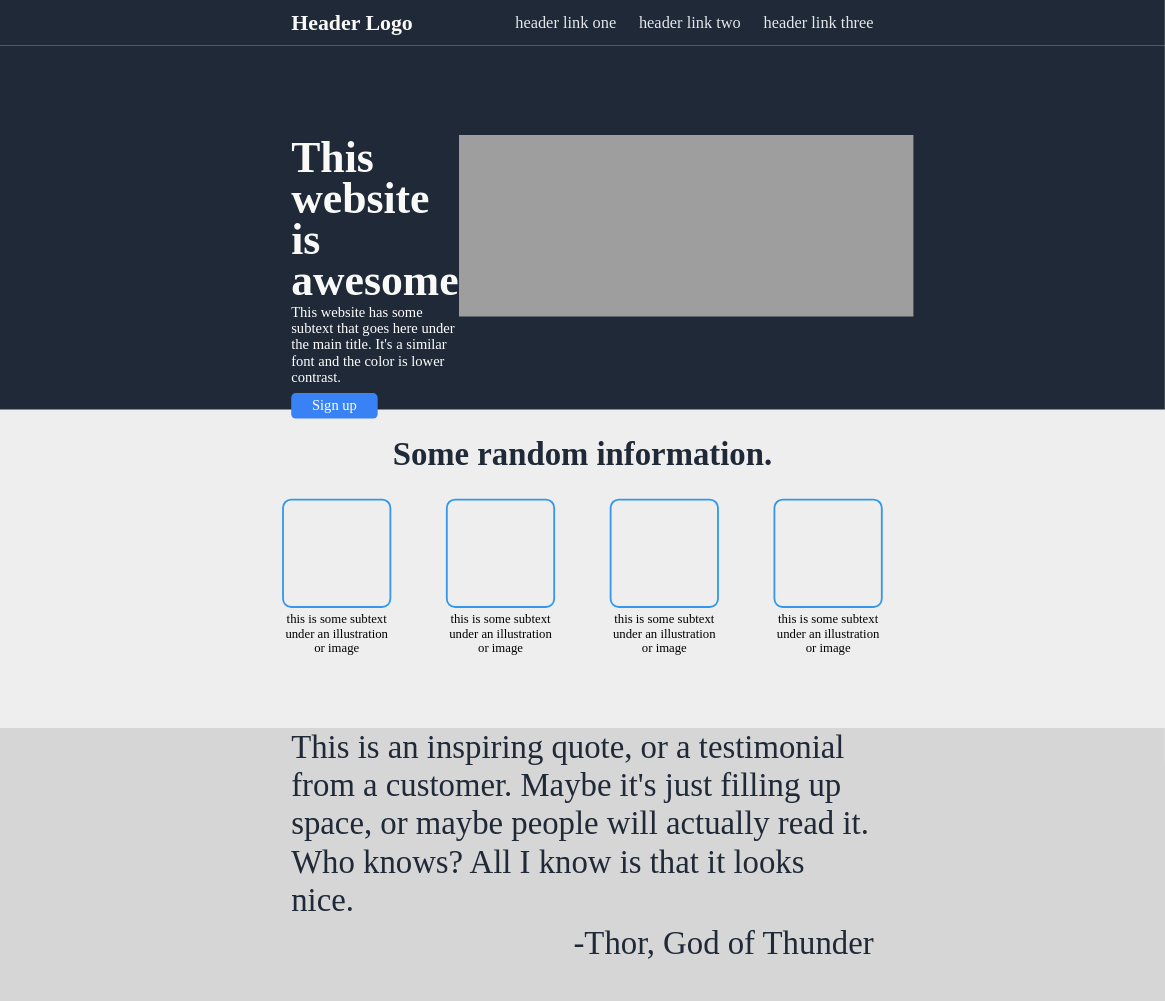
Repository: Pafestivo/Dummy-Landing-Page
Page: index.html
The author's editor kept a copy of each file at every save. The page is drawn from the files as they stood at one save, then again after the next save.
The browser window is 1280 px wide. The pictures show the whole page, at 91% of full size.
Pictures or frames that could not be fetched are drawn as grey boxes.

Above is the page before, as saved 2022-09-26 19:18:55.

### index.html
<!DOCTYPE html>
<html lang="en">
<head>
    <meta charset="UTF-8">
    <meta name="viewport" content="width=device-width, initial-scale=1.0">
    <link rel="stylesheet" href="styles.css">
    <title>Landing Page</title>
</head>
<body>
    <header>
        <div class="container">
            <h1>Header Logo</h1>
            <nav>
                <a href="#">header link one</a>
                <a href="#">header link two</a>
                <a href="#">header link three</a>
            </nav>
        </div> <!-- /container-->
    </header>
    <main>
        <section class="first">
            <div class="container">

                <div class="right">
                    <h1>This website is awesome</h1>
                    <p>This website has some subtext that goes here under the main title. It's a similar font and the color is lower contrast.</p>
                    <a href="#">Sign up</a>
                </div> <!-- /right -->

                <div class="left">
                    <img src="images/office.jpg" alt="Office desk photo" />
                </div> <!-- /left -->

            </div> <!-- /container-->
        </section> <!-- /first -->

        <section class="second">
            <div class="container">

                <h1>Some random information.</h1>
                <div class="boxes">
                    <div class="info">
                        <div class="box"></div>
                        <div class="box-info">
                            <p>this is some subtext under an illustration or image</p>
                        </div> <!-- /box-info -->
                    </div> <!-- /info -->

                    <div class="info">
                        <div class="box"></div>
                        <div class="box-info">
                            <p>this is some subtext under an illustration or image</p>
                        </div> <!-- /box-info -->
                    </div> <!-- /info -->

                    <div class="info">
                        <div class="box"></div>
                        <div class="box-info">
                            <p>this is some subtext under an illustration or image</p>
                        </div> <!-- /box-info -->
                    </div> <!-- /info -->

                    <div class="info">
                        <div class="box"></div>
                        <div class="box-info">
                            <p>this is some subtext under an illustration or image</p>
                        </div> <!-- /box-info -->
                    </div> <!-- /info -->

                </div> <!-- /boxes-->
            </div> <!-- /container-->
        </section> <!-- /second -->

        <section class="third">
            <div class="container">
                <p>This is an inspiring quote, or a testimonial from a customer. Maybe it's just filling up space, or maybe people will actually read it. Who knows? All I know is that it looks nice.</p>
                <p class="quote-owner">-Thor, God of Thunder</p>
            </div> <!-- /container-->
        </section> <!-- /third -->

        <section class="fourth">
            <div class="container">

            </div> <!-- /container-->
        </section> <!-- /fourth -->

        <footer>

        </footer>
    </main>
</body>
</html>

### styles.css
* {
  padding: 0;
  margin: 0;
  box-sizing: border-box;
}

body {
  font-family: serif;
  background-color: #eee;
}

.container {
  width: 50vw;
  margin: 0 auto;
}

a {
  text-decoration: none;
  color: inherit;
}

/* header bar */
header {
  display: flex;
  align-items: center;
  background-color: #1F2937;
  color: #fff;
  height: 50px;
}

header h1 {
  font-size: 24px;
  color: #F9FAF8;
}

header .container {
  display: flex;
  justify-content: space-between;
}

header nav {
  display: flex;
  align-items: center;
  gap: 25px;
}

header a {
  font-size: 18px;
  color: #E5E7EB;
}
/* End header bar  */

/* First section  */
.first {
  background-color: #1F2937;
  height: 400px;
  color: #fff;
}

.first .container {
  display: flex;
  align-items: center;
  justify-content: space-between;
  height: 100%;
}

.right {
  display: flex;
  flex-direction: column;
  gap: 4px;
  height: 200px;
  width: 40%;
}

.right h1 {
  font-size: 48px;
  font-weight: extra-bold;
  color: #F9FAF8;
  line-height: 45px;
}

right p {
  font-size: 18px;
  color: #E5E7EB;
}

.first img {
  width: 500px;
  height: 200px;
}

.first a {
  background-color: #3882F6;
  width: 95px;
  padding: 5px;
  border-radius: 5px;
  margin-top: 4px;
  text-align: center;

}
/* End first section  */

/* Second section */
.second {
  height: 350px;
}

.second h1 {
  text-align: center;
  font-size: 36px;
  font-weight: extra-bold;
  color: #1F2937;
  padding: 28px 0 28px 0;
}

.boxes {
  display: flex;
  justify-content: center;
  gap: 60px;
}

.box {
  width: 120px;
  height: 120px;
  border: 2px solid hsl(207, 82%, 56%);
  border-radius: 10px;
}

.box-info {
  margin-top: 5px;
  width: 120px;
  font-size: 14px;
  text-align: center;
}
/* End second section  */

/* Third section  */
.third {
  background-color: #d6d6d6;
  height: 300px;
}

.third .container {
  display: flex;
  flex-direction: column;
}

.third p {
  font-size: 36px;
  font-style: light italic;
  color: #1F2937;
}

.third .quote-owner {
  align-self: flex-end;
  margin-top: 5px;
}
/* End third section  */

After the next save:
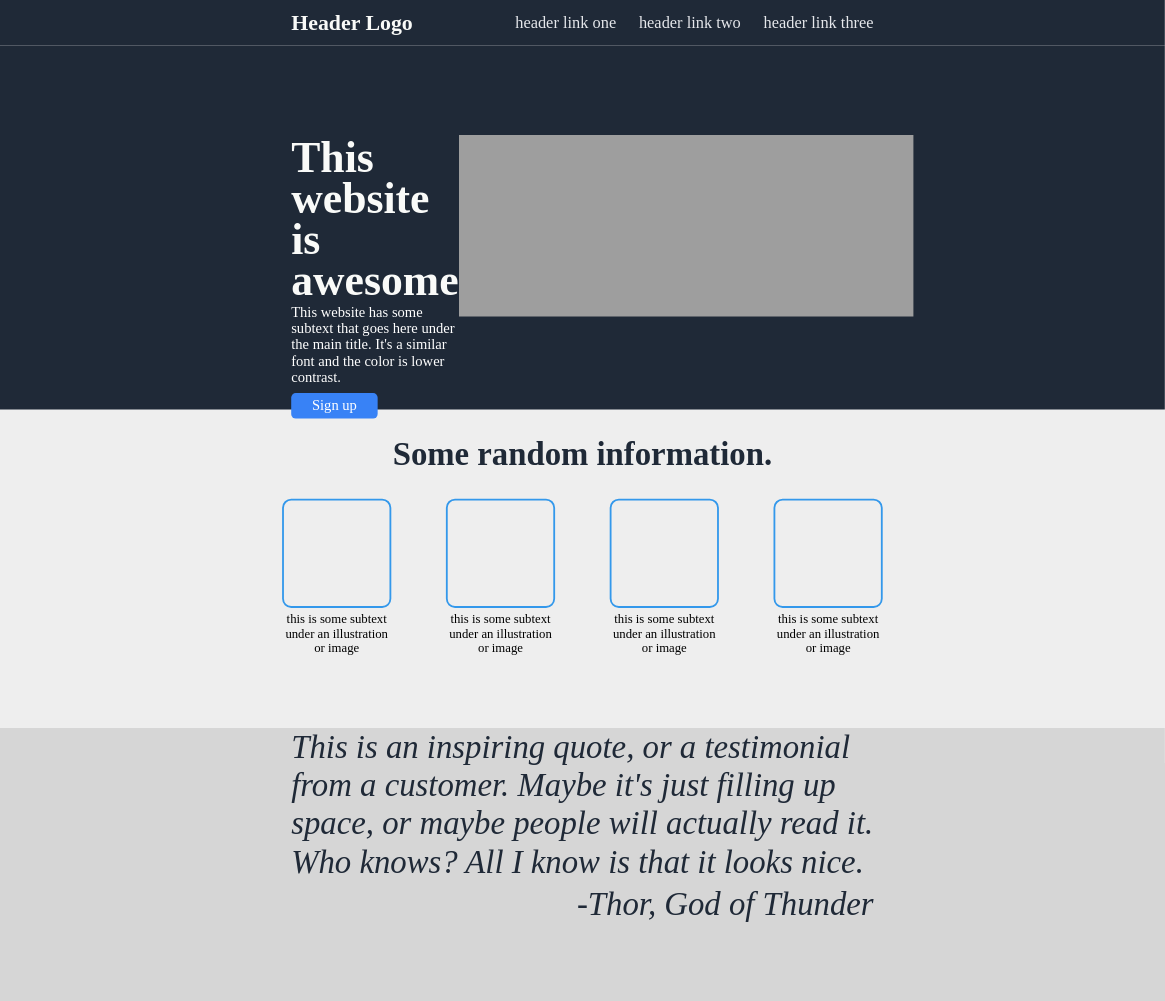
Saved 19 s later.
--- a/styles.css
+++ b/styles.css
@@ -147,7 +147,7 @@ right p {
 
 .third p {
   font-size: 36px;
-  font-style: light italic;
+  font-style: italic;
   color: #1F2937;
 }
 
